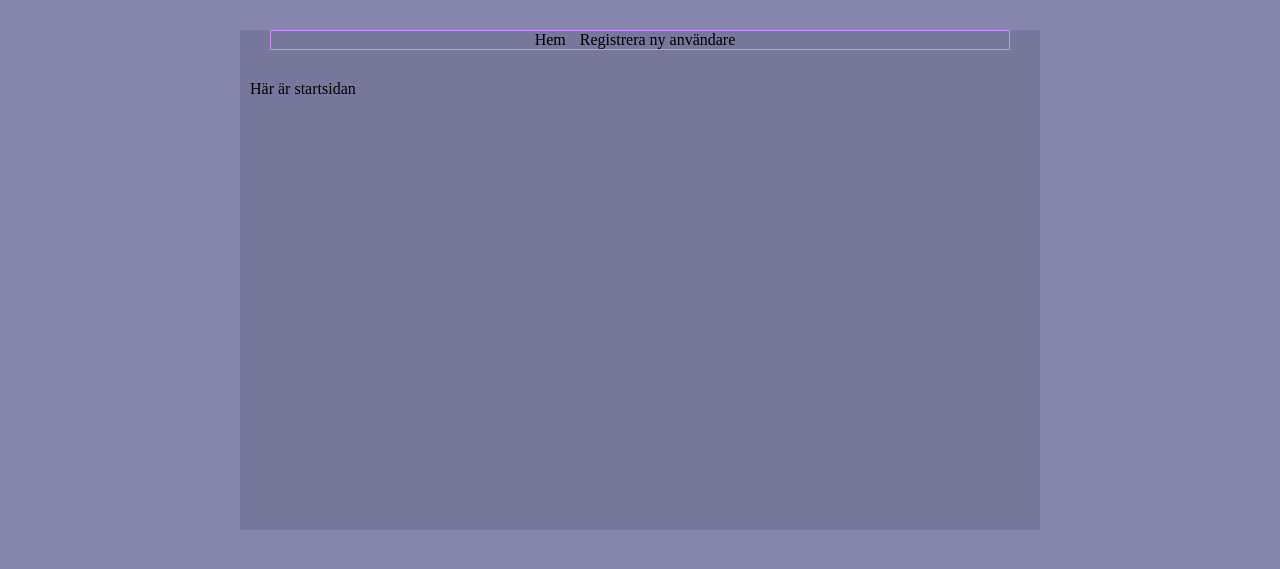
Repository: JuliaSivartsson/1DV404-jsigc09-laborationer
Page: Laboration3/Testfall2/index.html
The author's editor kept a record of every edit. The page is drawn from the files as they stood at one moment, then again after the next edit.
The browser window is 1280 px wide. The pictures show the whole page.

Above is the page before.

After the next edit:
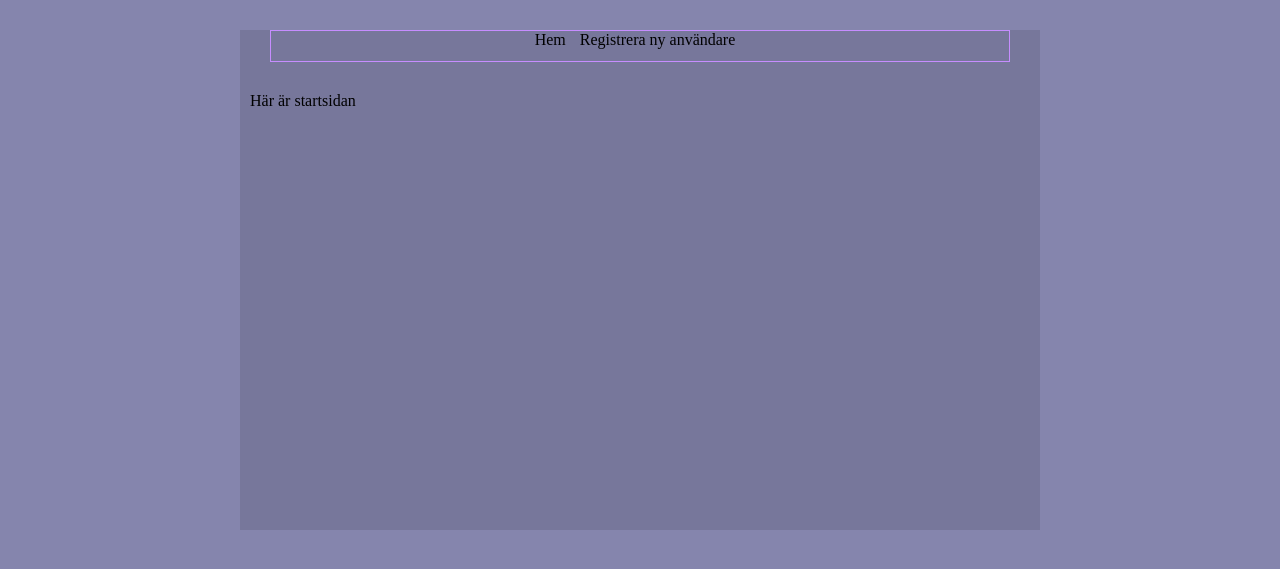
The edit:
--- a/Laboration3/Testfall2/css/style.css
+++ b/Laboration3/Testfall2/css/style.css
@@ -26,6 +26,8 @@
 ul{
     text-align: center;
     border: 1px solid #C68DFF;
+    margin-top: 20px;
+    height: 30px;
 }
 
 #main{
